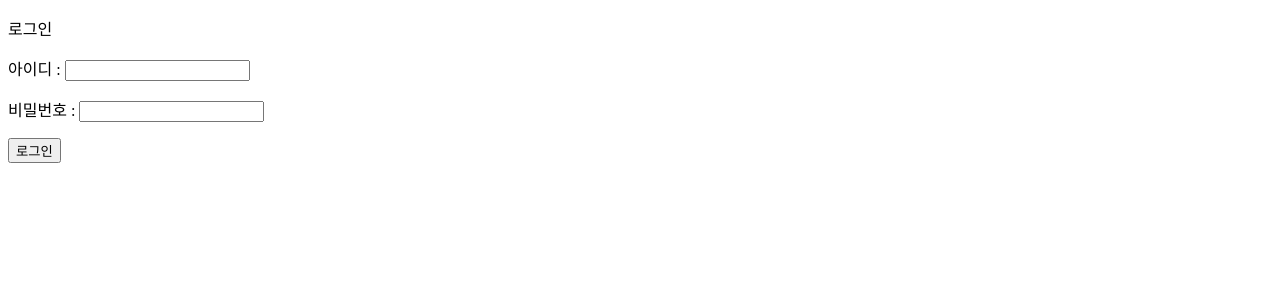
Repository: Blair-Kim/JSP
Page: http://localhost/Day2/6_loginsession.jsp
These files come from the project's save history. The page is drawn as it stood at one moment and after the next save; the edit follows.
The browser window is 1280 px wide. The pictures show the whole page.
The page is served by Tomcat 9.

Above is the page before, as saved 2022-01-13 04:06:23.

### Day2/WebContent/6_loginsession.jsp
<%@ page language="java" contentType="text/html; charset=UTF-8"
    pageEncoding="UTF-8"%>
<%
	session.setAttribute("userid","apple");
	Cookie[] cookies = request.getCookies();
	String userid = null;

	if(cookies != null){
		for(Cookie cookie : cookies){
			if("userid".equals(cookie.getName())){
				userid = cookie.getValue();	// admin
			}
		}
	}
%>
<!DOCTYPE html>
<html>
<head>
<meta charset="UTF-8">
<title>로그인</title>
</head>
<body>
	<p>로그인</p>
<%
	if(userid == null){
%>
	<form method="post" action="6_loginsession_ok.jsp">
		<p>아이디 : <input type="text" name="userid"></p>
		<p>비밀번호 : <input type="password" name="userpw"></p>
		<p><input type="submit" value="로그인"></p>
	</form>
<%
	}else{
%>
	<h3><%=userid%>님 환영합니다!</h3>
	<p><input type="button" value="로그아웃" onclick="location.href='3_logout.jsp'"></p>
<%
	}
%>
</body>
</html>

After the next save:
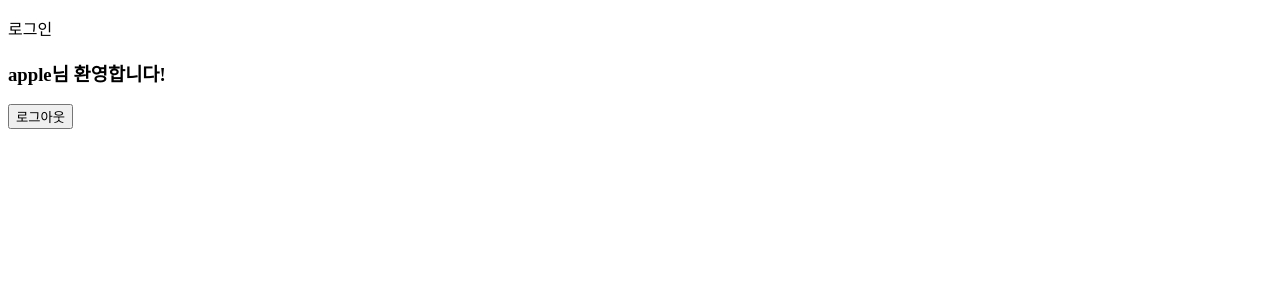
Saved 71 s later.
--- a/Day2/WebContent/6_loginsession.jsp
+++ b/Day2/WebContent/6_loginsession.jsp
@@ -2,15 +2,11 @@
     pageEncoding="UTF-8"%>
 <%
 	session.setAttribute("userid","apple");
-	Cookie[] cookies = request.getCookies();
 	String userid = null;
-
-	if(cookies != null){
-		for(Cookie cookie : cookies){
-			if("userid".equals(cookie.getName())){
-				userid = cookie.getValue();	// admin
-			}
-		}
+	if(session.getAttribute("userid") != null){
+		userid = (String)session.getAttribute("userid");
+	}else{
+		userid = "아이디 없음";
 	}
 %>
 <!DOCTYPE html>
@@ -33,7 +29,7 @@
 	}else{
 %>
 	<h3><%=userid%>님 환영합니다!</h3>
-	<p><input type="button" value="로그아웃" onclick="location.href='3_logout.jsp'"></p>
+	<p><input type="button" value="로그아웃" onclick="location.href='6_logout.jsp'"></p>
 <%
 	}
 %>
